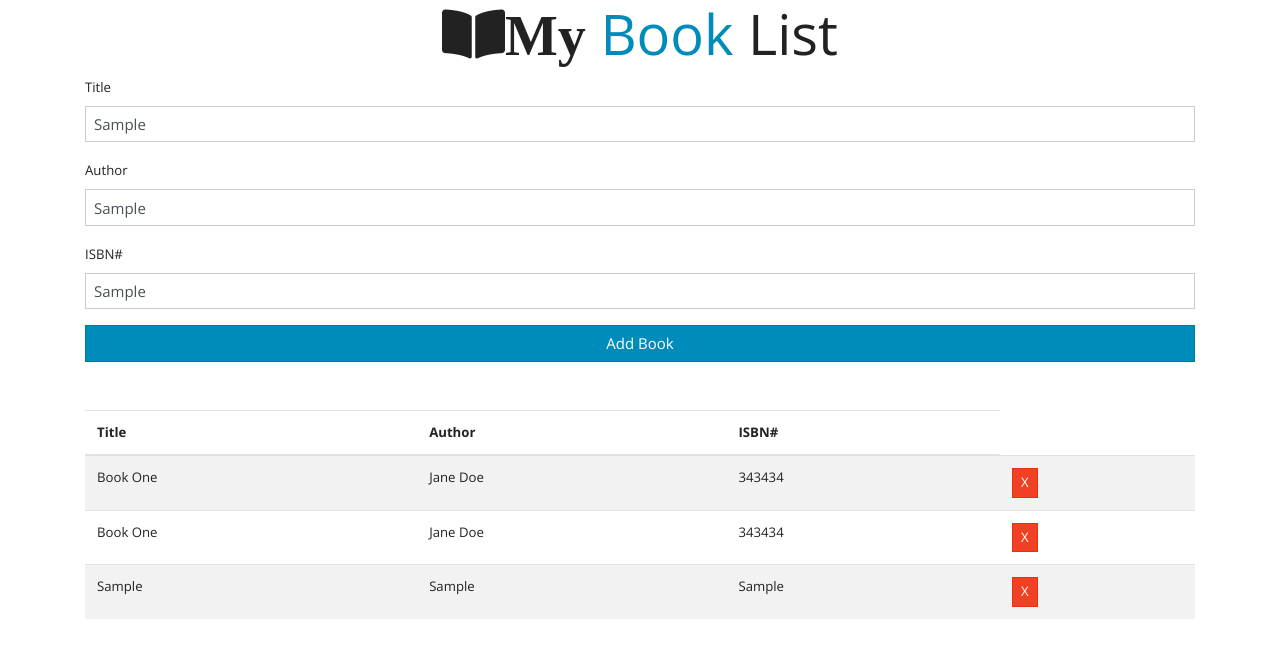
Repository: konstantin0s/bookList
Page: index.html
These files come from the project's save history. The page is drawn as it stood at one moment and after the next save; the edit follows.
The browser window is 1280 px wide. The pictures show the whole page.
Empty fields were first filled with sample values (such as "Sample", 5 or name@example.com).
After loading, the first visible `#book-form` was submitted once.
Some web libraries are served in a nearby version.

Above is the page before, as saved 2018-12-24 23:08:48.

After the next save:
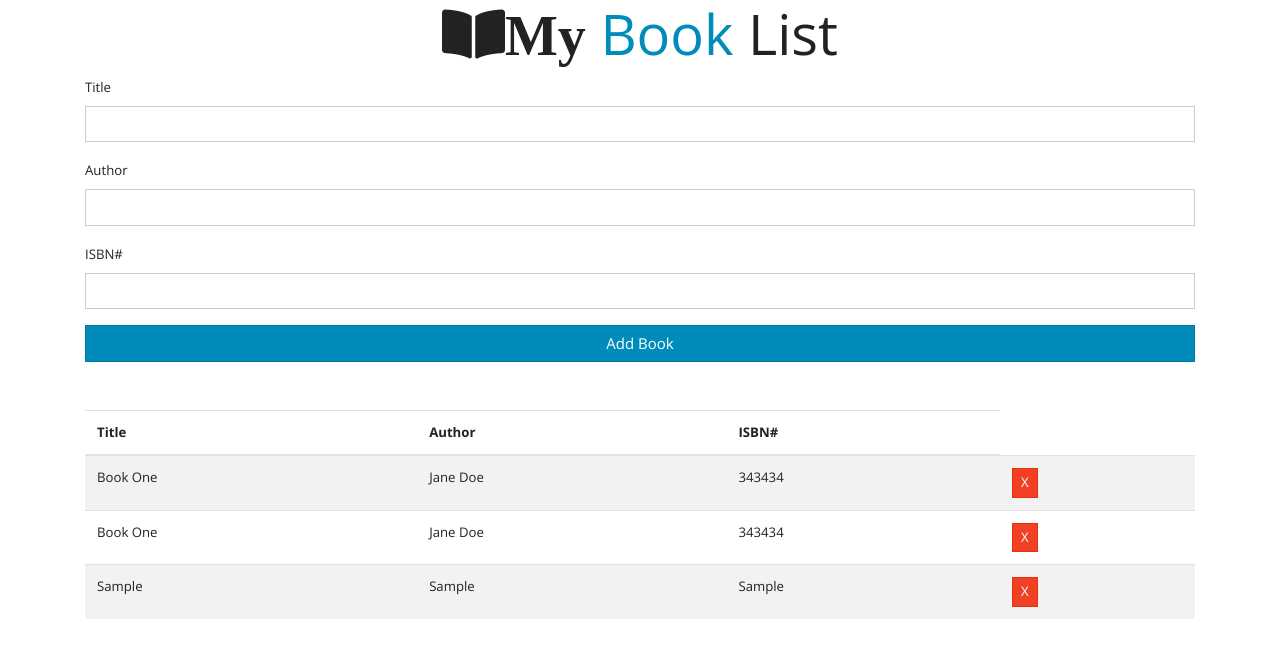
Saved 40 s later.
--- a/js/app.js
+++ b/js/app.js
@@ -65,8 +65,12 @@ const book = new Book(title, author, isbn);
 
 //Add book to UI
 UI.addBookToList(book);
+
+//Clear Fields
+UI.clearFields();
+
 });
 
-//Clear Fields
+
 
 //Events: Remove a Book
